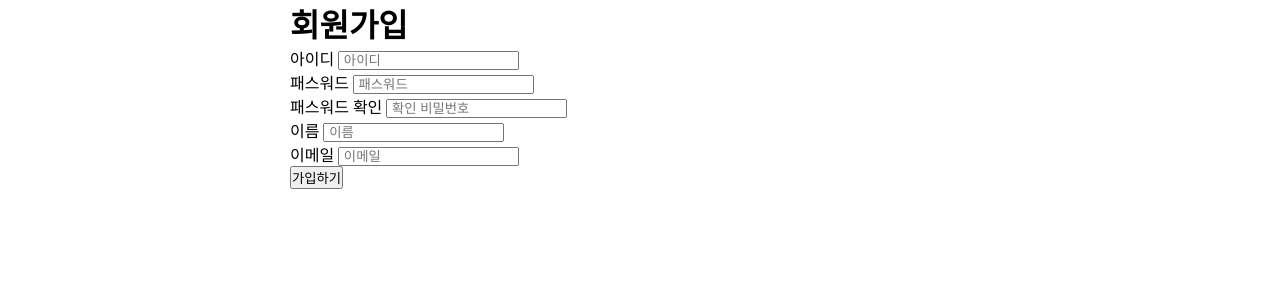
Repository: kayoyo/jsp
Page: http://localhost/BoardWeb_4/join
An editor plug-in stored every save of this project. The page is shown before and after the next save, followed by the edit.
The browser window is 1280 px wide. The pictures show the whole page.
The page is served by Tomcat 9.

Above is the page before, as saved 2020-08-28 07:31:59.

After the next save:
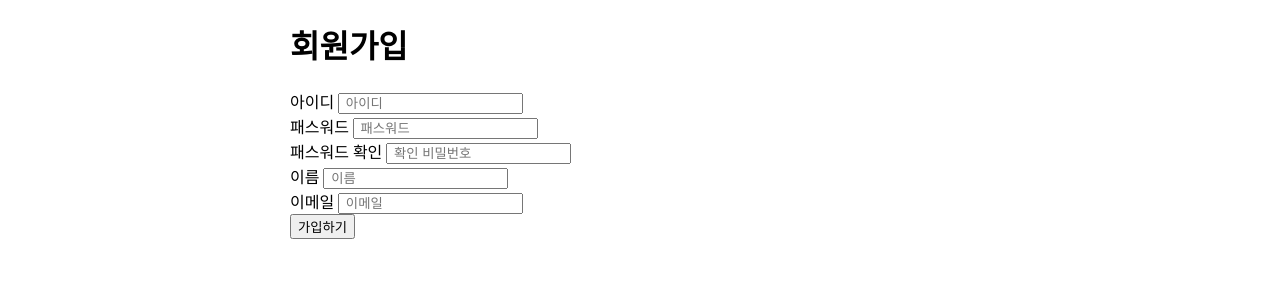
Saved 40 s later.
--- a/BoardWeb_4/WebContent/WEB-INF/jsp/user/join.jsp
+++ b/BoardWeb_4/WebContent/WEB-INF/jsp/user/join.jsp
@@ -9,7 +9,7 @@
 	#container {width:700px; margin: 0 auto;}
 	#container > h1
 	.err {color: red;}
-	* { margin:0; padding: 0; }
+
 </style>
 </head>
 <body>
